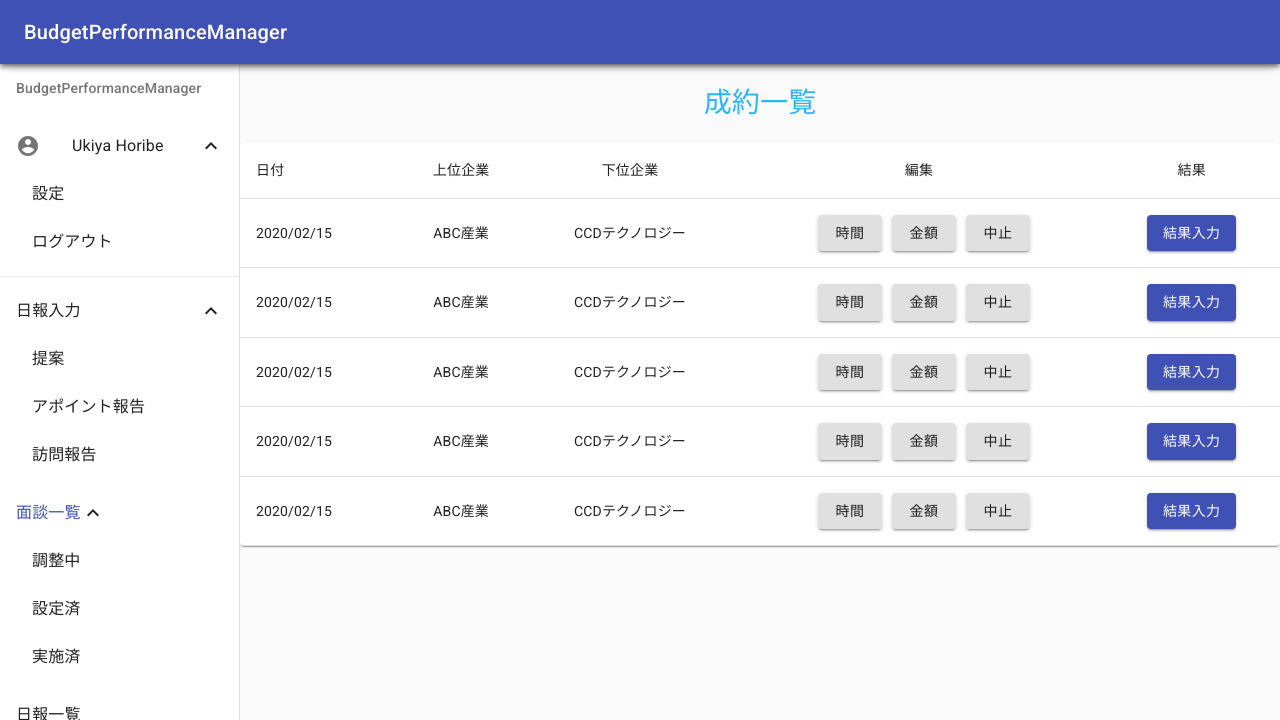
Repository: ukiyah/test
Page: /list_closing (app in src/)
An editor plug-in stored every save of this project. The page is shown before and after the next save, followed by the edit.
The browser window is 1280 px wide. The pictures show the whole page.
The project was rebuilt for these pictures with package versions that can differ from the ones it lists, and the page was loaded fresh each time. Also part of the build but not shown: src/proposal/Table.js, src/proposal/list_proposal.js, src/Title.js, src/Chart.js, src/Deposits.js, src/Orders.js, src/Dashboard.js, src/interview/Avatar.js and 2 more.

Above is the page before, as saved 2020-02-25 17:43:17.

### src/index.css
body {
  margin: 0;
  font-family: -apple-system, BlinkMacSystemFont, 'Segoe UI', 'Roboto', 'Oxygen',
    'Ubuntu', 'Cantarell', 'Fira Sans', 'Droid Sans', 'Helvetica Neue',
    sans-serif;
  -webkit-font-smoothing: antialiased;
  -moz-osx-font-smoothing: grayscale;
}

code {
  font-family: source-code-pro, Menlo, Monaco, Consolas, 'Courier New',
    monospace;
}

.button {
  color: #000;
}

h1 {
  text-align: center;
  color:#29B6F6;
  font-weight: normal;
}

### src/App.js
import React from 'react';
import 'typeface-roboto';
import {
  BrowserRouter,
  Route
} from "react-router-dom";
import list_proposal from "./proposal/list_proposal";
import Dashboard from "./Dashboard";
import list_interview from "./interview/list_interview";
import list_closing from "./closing/list_closing";
class App extends React.Component{

  render() {
    return (
      <div>

        <BrowserRouter>
          <div>
            <Route exact path="/" component={Dashboard} />
            <Route path="/list_proposal" component={list_proposal} />
            <Route path="/list_interview" component={list_interview} />
            <Route path="/list_closing" component={list_closing} />
          </div>
        </BrowserRouter>
        {/* <ClippedDrawer /> */}
      </div>
    );
  }

}

export default App;

### src/closing/list_closing.js
import React from 'react';
import { makeStyles } from '@material-ui/core/styles';
import CssBaseline from '@material-ui/core/CssBaseline';

import Drawer from "../Drawer";
import Table from "./Table";

const useStyles = makeStyles(theme => ({
  root: {
    display: 'flex',
  },
  appBarSpacer: theme.mixins.toolbar,
  content: {
    flexGrow: 1,
    height: '100vh',
    overflow: 'auto',
  },


}));

export default function Dashboard() {
  const classes = useStyles();

  return (
    <div className={classes.root}>
      <CssBaseline />
      <Drawer />
      <main className={classes.content}>
        <div className={classes.appBarSpacer} />
        <h1>成約一覧</h1>
        <Table />
      </main>
    </div>
  );
}

### src/Drawer.js
import React from 'react';
import { makeStyles } from '@material-ui/core/styles';
import Drawer from '@material-ui/core/Drawer';
import AppBar from '@material-ui/core/AppBar';
import CssBaseline from '@material-ui/core/CssBaseline';
import Toolbar from '@material-ui/core/Toolbar';
import Typography from '@material-ui/core/Typography';
import SimpleTable from "./proposal/Table";
import NestedList from "./NestedList";
const drawerWidth = 240;

const useStyles = makeStyles(theme => ({
  root: {
    display: 'flex',
  },
  appBar: {
    zIndex: theme.zIndex.drawer + 1,
  },
  drawer: {
    width: drawerWidth,
    flexShrink: 0,
  },
  drawerPaper: {
    width: drawerWidth,
  },
  content: {
    flexGrow: 1,
    padding: theme.spacing(3),
  },
  toolbar: theme.mixins.toolbar,
}));

export default function ClippedDrawer() {
  const classes = useStyles();

  return (
    <div className={classes.root}>
      <CssBaseline />
      <AppBar position="fixed" className={classes.appBar}>
        <Toolbar>
          <Typography variant="h6" noWrap>
            BudgetPerformanceManager
          </Typography>
        </Toolbar>
      </AppBar>
      <Drawer
        className={classes.drawer}
        variant="permanent"
        classes={{
          paper: classes.drawerPaper,
        }}
      >
        <div className={classes.toolbar} />
        <NestedList />
      </Drawer>

    </div>
  );
}

### src/closing/Table.js
import React from 'react';
import { makeStyles } from '@material-ui/core/styles';
import Table from '@material-ui/core/Table';
import TableBody from '@material-ui/core/TableBody';
import TableCell from '@material-ui/core/TableCell';
import TableContainer from '@material-ui/core/TableContainer';
import TableHead from '@material-ui/core/TableHead';
import TableRow from '@material-ui/core/TableRow';
import Paper from '@material-ui/core/Paper';
import ContainedButtons from "../Button";
import Button from '@material-ui/core/Button';
import Drawer from "../Drawer";


const useStyles = makeStyles({
  table: {
    minWidth: 650,
  },
});

function createData(closing_date,  upper_side, lower_side) {
  return { closing_date,  upper_side, lower_side};
}

const rows = [
  createData('2020/02/15', 'ABC産業', 'CCDテクノロジー'),
  createData('2020/02/15', 'ABC産業', 'CCDテクノロジー'),
  createData('2020/02/15', 'ABC産業', 'CCDテクノロジー'),
  createData('2020/02/15', 'ABC産業', 'CCDテクノロジー'),
  createData('2020/02/15', 'ABC産業', 'CCDテクノロジー'),
];

export default function SimpleTable() {
  const classes = useStyles();

  return (
    <div>
      <Drawer />
      <TableContainer component={Paper}>
        <Table className={classes.table} aria-label="simple table">
          <TableHead>
            <TableRow>
              <TableCell>日付</TableCell>
              <TableCell align="center">上位企業</TableCell>
              <TableCell align="center">下位企業</TableCell>
              <TableCell align="center">編集</TableCell>
              <TableCell align="center">結果</TableCell>
            </TableRow>
          </TableHead>
          <TableBody>
            {rows.map(row => (
              <TableRow key={row.closing_date}>
                <TableCell>{row.closing_date}</TableCell>

                <TableCell align="center">{row.upper_side}</TableCell>
                <TableCell align="center">{row.lower_side}</TableCell>
                <TableCell align="center">
                    <Button variant="contained" style={{marginLeft: 10}}>時間</Button>
                    <Button variant="contained" style={{marginLeft: 10}}>金額</Button>
                    <Button variant="contained" style={{marginLeft: 10}}>中止</Button>
                </TableCell>
                <TableCell align="center">
                  <ContainedButtons name="結果入力"></ContainedButtons>
                </TableCell>
              </TableRow>
            ))}
          </TableBody>
        </Table>
      </TableContainer>
    </div>

  );
}

### src/NestedList.js
import React from 'react';
import { makeStyles } from '@material-ui/core/styles';
import ListSubheader from '@material-ui/core/ListSubheader';
import List from '@material-ui/core/List';
import ListItem from '@material-ui/core/ListItem';
import ListItemIcon from '@material-ui/core/ListItemIcon';
import ListItemText from '@material-ui/core/ListItemText';
import Collapse from '@material-ui/core/Collapse';
import InboxIcon from '@material-ui/icons/MoveToInbox';
import DraftsIcon from '@material-ui/icons/Drafts';
import SendIcon from '@material-ui/icons/Send';
import ExpandLess from '@material-ui/icons/ExpandLess';
import ExpandMore from '@material-ui/icons/ExpandMore';
import StarBorder from '@material-ui/icons/StarBorder';
import AccountCircle from '@material-ui/icons/AccountCircle';
import Divider from '@material-ui/core/Divider';
import Link from '@material-ui/core/Link';
const useStyles = makeStyles(theme => ({
  root: {
    width: '100%',
    maxWidth: 360,
    backgroundColor: theme.palette.background.paper,
  },
  nested: {
    paddingLeft: theme.spacing(4),
  },
}));

export default function NestedList() {
  const classes = useStyles();
  const [open1, setOpen1] = React.useState(true);
  const [open2, setOpen2] = React.useState(true);
  const [open3, setOpen3] = React.useState(true);
  const [open4, setOpen4] = React.useState(true);

  const handleClick1 = () => {
    setOpen1(!open1);
  };
  const handleClick2 = () => {
    setOpen2(!open2);
  };
  const handleClick3 = () => {
    setOpen3(!open3);
  };
  const handleClick4 = () => {
    setOpen4(!open4);
  };
  return (
    <List
      component="nav"
      aria-labelledby="nested-list-subheader"
      subheader={
        <ListSubheader component="div" id="nested-list-subheader">
          BudgetPerformanceManager
        </ListSubheader>
      }
      className={classes.root}
    >
    <div style={{marginTop: 10, marginBottom: 10}}>
      <ListItem button onClick={handleClick1}>
        <ListItemIcon>
          <AccountCircle />
        </ListItemIcon>
        <ListItemText primary="Ukiya Horibe" />
        {open1 ? <ExpandLess /> : <ExpandMore />}
      </ListItem>
      <Collapse in={open1} timeout="auto" unmountOnExit>
        <List component="div" disablePadding>
          <ListItem button className={classes.nested}>
            {/* <ListItemIcon>
              <StarBorder />
            </ListItemIcon> */}
            <ListItemText primary="設定" />
          </ListItem>
          <ListItem button className={classes.nested}>
            <ListItemText primary="ログアウト" />
          </ListItem>
        </List>
      </Collapse>
    </div>
    <Divider light/>
    <div style={{marginTop: 10}}>
      <ListItem button onClick={handleClick2}>
        <ListItemText primary="日報入力" />
        {open2 ? <ExpandLess /> : <ExpandMore />}
      </ListItem>
      <Collapse in={open2} timeout="auto" unmountOnExit>
        <List component="div" disablePadding>
          <ListItem button className={classes.nested}>
            <ListItemText primary="提案" />
          </ListItem>
          <ListItem button className={classes.nested}>
            <ListItemText primary="アポイント報告" />
          </ListItem>
          <ListItem button className={classes.nested}>
            <ListItemText primary="訪問報告" />
          </ListItem>
        </List>
      </Collapse>
    </div>
    <div style={{marginTop: 10}}>
      <ListItem button onClick={handleClick3}>
        <Link href="list_interview" >
          <ListItemText primary="面談一覧" />
        </Link>

        {open3 ? <ExpandLess /> : <ExpandMore />}
      </ListItem>
      <Collapse in={open3} timeout="auto" unmountOnExit>
        <List component="div" disablePadding>
          <ListItem button className={classes.nested}>
            <ListItemText primary="調整中" />
          </ListItem>
          <ListItem button className={classes.nested}>
            <ListItemText primary="設定済" />
          </ListItem>
          <ListItem button className={classes.nested}>
            <ListItemText primary="実施済" />
          </ListItem>
        </List>
      </Collapse>
    </div>
    <div style={{marginTop: 10}}>
      <ListItem button>
        <ListItemText primary="日報一覧" />
      </ListItem>
    </div>
    <div style={{marginTop: 10}}>
      <ListItem button onClick={handleClick4}>
        <ListItemText primary="その他の一覧" />

        {open4 ? <ExpandLess /> : <ExpandMore />}
      </ListItem>
      <Collapse in={open4} timeout="auto" unmountOnExit>
        <List component="div" disablePadding>
          <ListItem button className={classes.nested}>
            <Link href="/list_proposal" >
              <ListItemText primary="提案" />
            </Link>

          </ListItem>
          <ListItem button className={classes.nested}>
            <Link href="/list_closing" >
              <ListItemText primary="成約" />
            </Link>
          </ListItem>
          <ListItem button className={classes.nested}>
            <ListItemText primary="架電報告" />
          </ListItem>
        </List>
      </Collapse>
    </div>
    </List>
  );
}

### src/Button.js
import React from 'react';
import { makeStyles } from '@material-ui/core/styles';
import Button from '@material-ui/core/Button';

const useStyles = makeStyles(theme => ({
  root: {
    '& > *': {
      marginLeft: 5 ,

    },
  },
}));
//いろんなボタンが用意されてるけど1つのボタンだけ使う。
export default function ContainedButtons(props) {
  const classes = useStyles();

  return (
    // <div className={classes.root}>
    //   {/* <Button variant="contained">Default</Button>
    //   <Button variant="contained" color="primary">
    //     Primary
    //   </Button>
    //   <Button variant="contained" color="secondary">
    //     Secondary
    //   </Button>
    //   <Button variant="contained" disabled>
    //     Disabled
    //   </Button> */}
      <Button variant="contained" color="primary" href="#contained-buttons">
        {props.name}
      </Button>
    // </div>
  );
}

Loaded but not shown: src/index.js (common file); src/serviceWorker.js (common file)

After the next save:
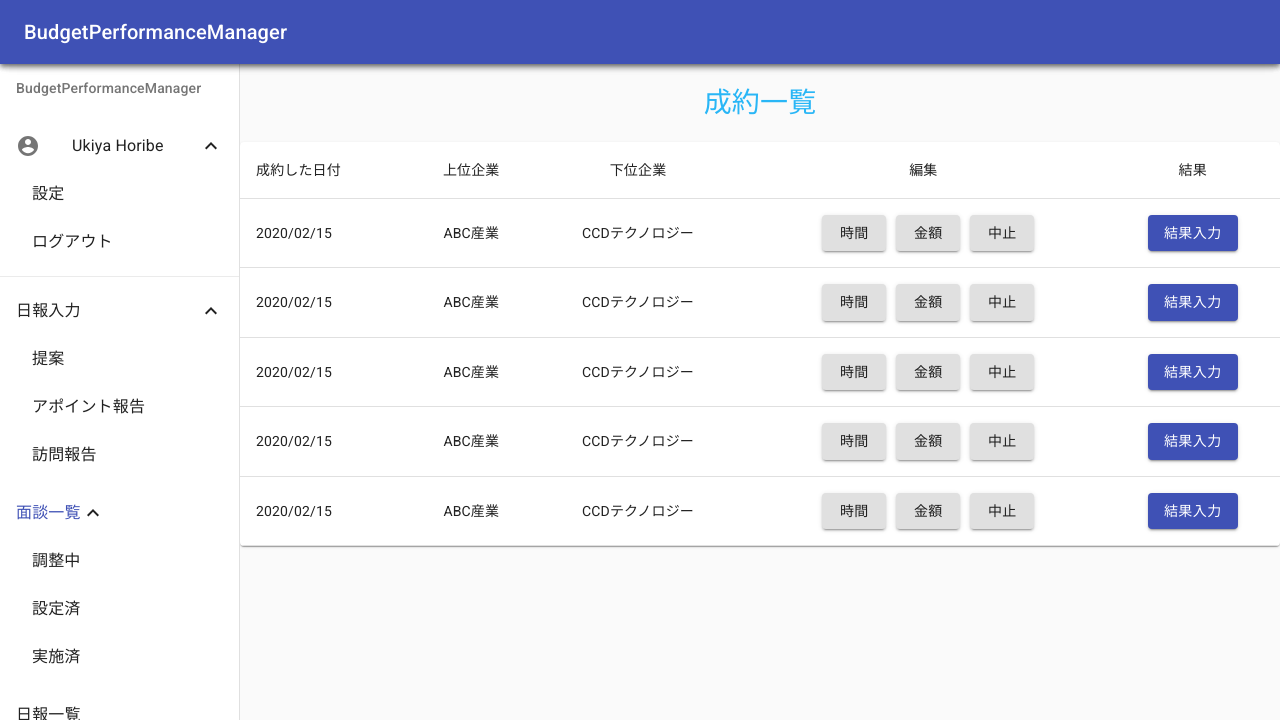
Saved 22 s later.
--- a/src/closing/Table.js
+++ b/src/closing/Table.js
@@ -40,7 +40,7 @@ export default function SimpleTable() {
         <Table className={classes.table} aria-label="simple table">
           <TableHead>
             <TableRow>
-              <TableCell>日付</TableCell>
+              <TableCell>成約した日付</TableCell>
               <TableCell align="center">上位企業</TableCell>
               <TableCell align="center">下位企業</TableCell>
               <TableCell align="center">編集</TableCell>
